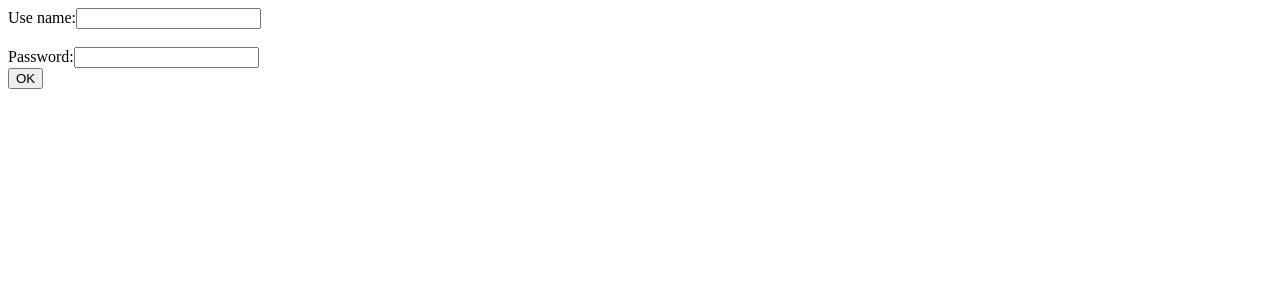
Repository: riyabisht11/AdvanceJavaTraining
Page: SecondServletProject/WebApp/index.html
The author's editor kept a copy of each file at every save. The page is drawn from the files as they stood at one save, then again after the next save.
The browser window is 1280 px wide. The pictures show the whole page.

Above is the page before, as saved 2023-02-15 05:17:31.

After the next save:
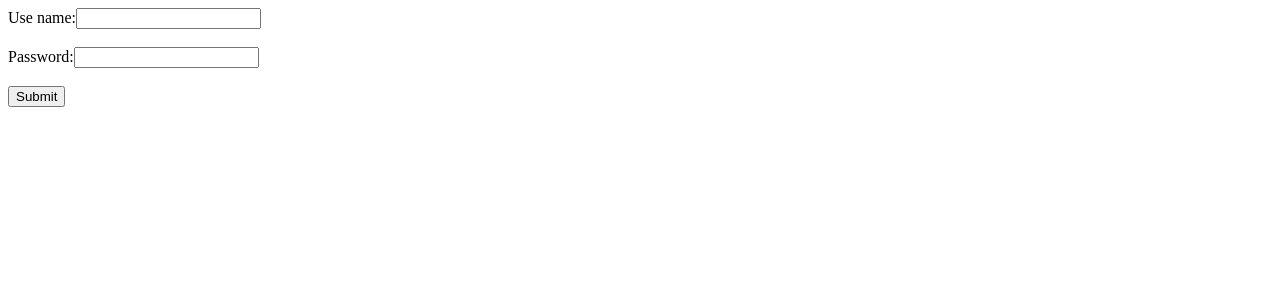
Saved 115 s later.
--- a/SecondServletProject/WebApp/index.html
+++ b/SecondServletProject/WebApp/index.html
@@ -7,10 +7,8 @@
 <body>
 <form action="Welcome2" method="get">
 Use name:<input type="text" name="uname"><br><br>
-Password:<input type="text" name="pwd"><br>
-         <input type="submit" value="OK">
-
-
+Password:<input type="text" name="pwd"><br><br>
+         <input type="submit" value="Submit">
 </form>
 </body>
 </html>
